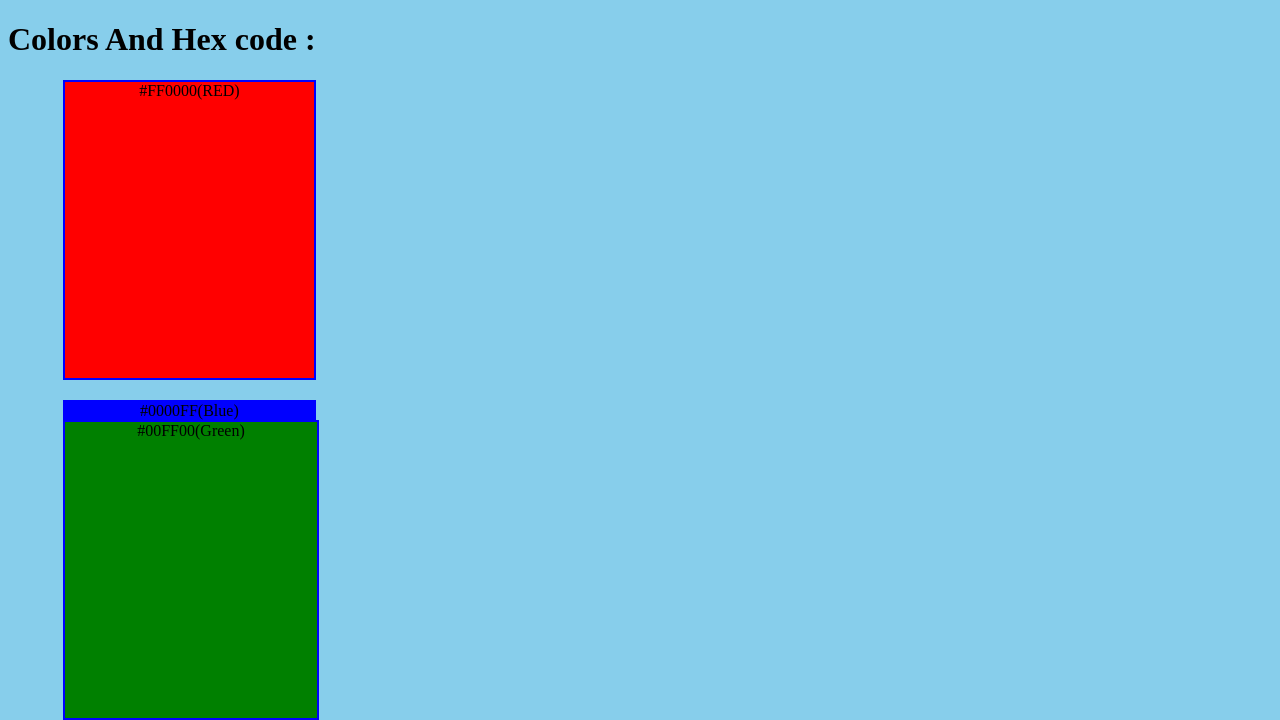
Repository: MintuKrishnan/subrahmanyam-batch
Page: front-end/position/index.html
The author's editor kept a copy of each file at every save. The page is drawn from the files as they stood at one save, then again after the next save.
The browser window is 1280 px wide. The pictures show the whole page.

Above is the page before, as saved 2021-03-04 10:52:16.

### front-end/position/index.html
<!-- <!DOCTYPE html>
<html lang="en">
<head>
    <meta charset="UTF-8">
    <meta http-equiv="X-UA-Compatible" content="IE=edge">
    <meta name="viewport" content="width=device-width, initial-scale=1.0">
    <title>Document</title>
</head>
<body>
    <div class="box1">Box1</div>
    <div class="box2">Box2</div>
    <div class="box3">Box3</div>

</body>
</html> -->

<!DOCTYPE html>
<html lang="en">
  <head>
    <meta charset="UTF-8" />
    <meta http-equiv="X-UA-Compatible" content="IE=edge" />
    <meta name="viewport" content="width=device-width, initial-scale=1.0" />
    <link rel="stylesheet" href="style.css" />
    <title>Colors And Hex code</title>
  </head>
  <body>
    <div class="container">
      <h1>Colors And Hex code :</h1>

      <div class="box">
        <div class="property bottom1">#FF0000(RED)</div>
        <div class="property bottom2 absolute">#00FF00(Green)</div>
        <div class="property bottom3">#0000FF(Blue)</div>
        <!-- <div class="property bottom4">#00FF00(Lime)</div>
        <div class="property bottom5">#FFC0CB(Pink)</div>
        <div class="property bottom6">#008080(Teal)</div>
        <div class="property bottom7">#4B0082(Indigo)</div>
        <div class="property bottom8">#4B0082(Indigo)</div> -->
      </div>
    </div>
  </body>
</html>

### front-end/position/style.css
body {
  background-color: skyblue;
}
.property {
  /* float: left; */
  /* display: inline-block; */
  width: 20%;
  height: 300px;
  margin: 20px 0px 20px 55px;
  border: 2px solid blue;
  box-sizing: border-box;
  text-align: center;
}
.fix {
  position: fixed;
}
.absolute {
  position: absolute;
}
.bottom1 {
  background: red;
}
.bottom2 {
  background: green;
}
.bottom3 {
  background: blue;
}
.bottom4 {
  background: lime;
}
.bottom5 {
  background: pink;
}
.bottom6 {
  background: teal;
}
.bottom7 {
  background: indigo;
}
.bottom8 {
  background: rgb(130, 121, 0);
}
.container ul li:hover {
  opacity: 0.8;
}

After the next save:
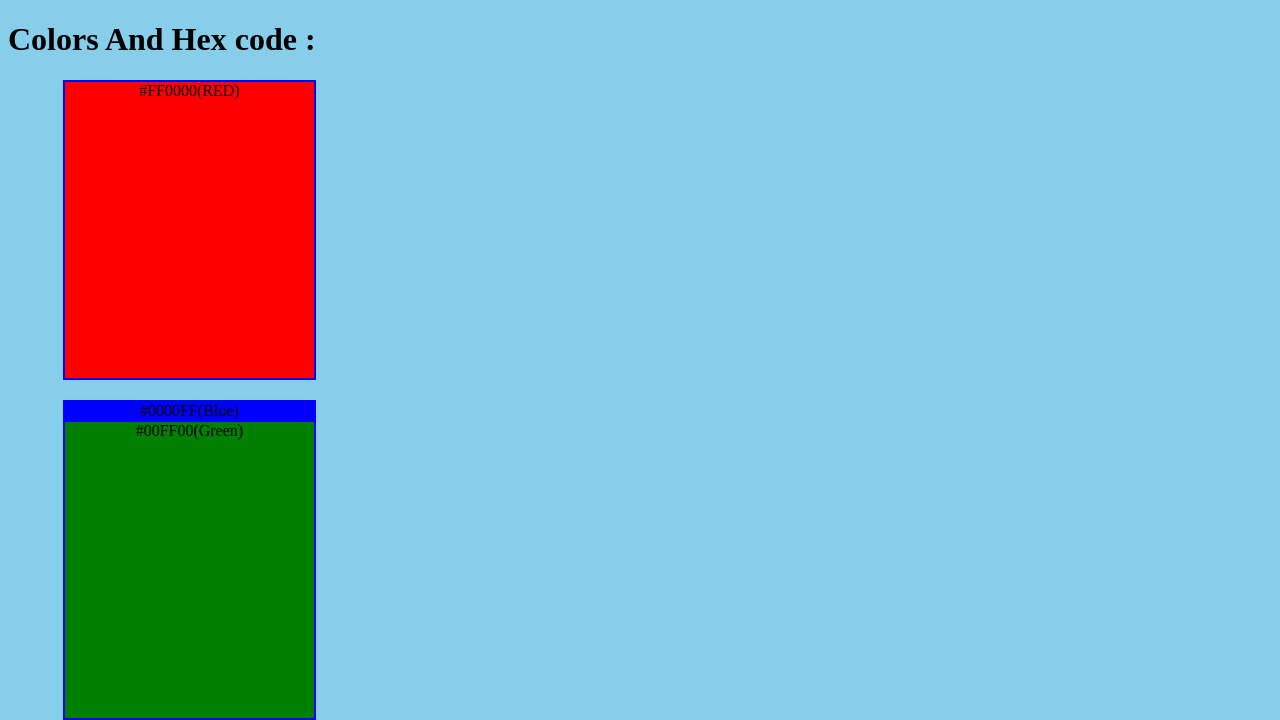
Saved 19 s later.
--- a/front-end/position/style.css
+++ b/front-end/position/style.css
@@ -1,5 +1,8 @@
 body {
   background-color: skyblue;
+}
+.box {
+  position: relative;
 }
 .property {
   /* float: left; */
